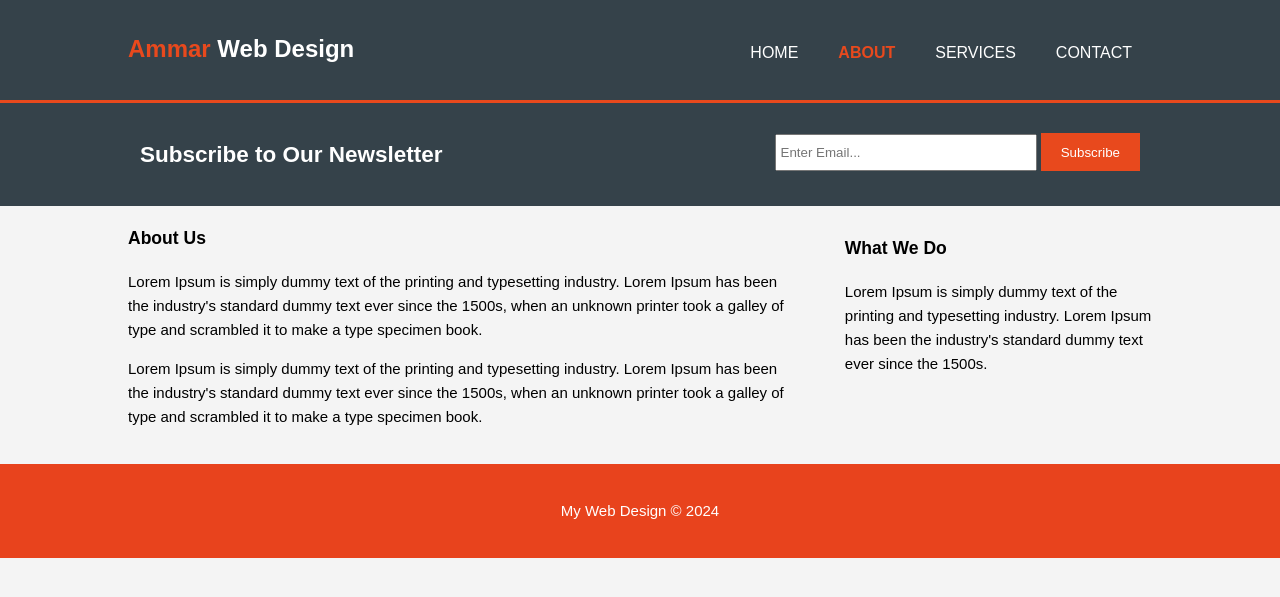
Repository: aobeid1979/html-website
Page: about.html
An editor plug-in stored every save of this project. The page is shown before and after the next save, followed by the edit.
The browser window is 1280 px wide. The pictures show the whole page.

Above is the page before, as saved 2024-05-04 06:11:10.

### about.html
<!DOCTYPE html>
<html lang="en">
<head>
    <meta charset="UTF-8">
    <meta name="viewport" content="width=device-width, initial-scale=1.0">
    <meta name="description" content="Responsive Website using HTML CSS and JavaScript">
    <meta name="keywords" content="HTML, CSS, JavaScript">
    <meta name="author" content="Ammar Obeid">
    <title>Resopnsiv Website | About</title>
    <link rel="stylesheet" href="./css/style.css">
</head>
<body>
    <header>
        <div class="container">
            <div id="brandinig">
                <h1><span class="highlight">Ammar</span> Web Design</h1>

            </div>
            <nav>
                <ul>
                    <li ><a href="index.html">Home</a></li>
                    <li class="current"><a href="about.html">About</a></li>
                    <li><a href="services.html">Services</a></li>
                    <li><a href="contact.html">Contact</a></li>
                </ul>
        </div>

    </header>



    <section id="newsletter">
        <div class="container">
            <h1>Subscribe to Our Newsletter</h1>
            <form>
                <input type="email" placeholder="Enter Email...">
                <button type="submit" class="button_1">Subscribe</button>
            </form>
        </div>
    </section>

    <section id="main">
        <div class="container">
            <article id="main-col">
                <h1 class="page-title">About Us</h1>
                <p>Lorem Ipsum is simply dummy text of the printing and typesetting industry. Lorem Ipsum has been the industry's standard dummy text ever since the 1500s, when an unknown printer took a galley of type and scrambled it to make a type specimen book.</p>
                <p>Lorem Ipsum is simply dummy text of the printing and typesetting industry. Lorem Ipsum has been the industry's standard dummy text ever since the 1500s, when an unknown printer took a galley of type and scrambled it to make a type specimen book.</p>
            </article>

            <aside id="sidebar">
                <div class="dark">
                    <h3>What We Do</h3>
                    <p>Lorem Ipsum is simply dummy text of the printing and typesetting industry. Lorem Ipsum has been the industry's standard dummy text ever since the 1500s.</p>
                </div>
            </aside>
        </div>
    </section>

    <footer>
        <p>My Web Design &copy; 2024</p>
    </footer>

</body>
</html>

### css/style.css
body{
    font: 15px/1.6 Arial, Helvetica,sans-serif;
    padding: 0;
    margin: 0;
    background-color: #f4f4f4;
}

.container{
    width: 80%;
    margin: auto;
    overflow: hidden;
}

header{
    background: #35424a;
    color: #ffffff;
    padding-top: 30px;
    min-height: 70px;
    border-bottom: #e8491d 3px solid;
}

header h1{
    margin: 0;
    padding: 0;
    font-size: 24px;
    font-weight: bold;
}

header a{
    color: #ffffff;
    text-decoration: none;
    text-transform: uppercase;
    font-size: 16px;
}

header ul{
    margin: 0;
    padding: 0;
}

header li{
    float: left;
    display: inline;
    padding: 0 20px 0 20px;
}

header #brandinig{
    float: left;
}

header #brandinig h1{
    margin: 0;
}

header nav{
    float: right;
    margin-top: 10px;
}

header .highlight, header .current a {
    color: #e8491d;
    font-weight: bold;
}

header a:hover{
    color: #cccccc;
    font-weight: bold;
}

#showcase{
    background:url('../img/showcase.jpg') no-repeat center center;
    background-position: center -400;
    background-size: cover;
    min-height: 400px;
    text-align: center;
    color: #1b1a20;
}

#showcase h1{
    margin-top: 100px;
    font-size: 55px;
    margin-bottom: 10px;
    -webkit-text-stroke: 1px #e8491d;
}

#showcase p{
    font-size: 30px;
    -webkit-text-fill-color: blue;

}

#showcase p:hover{
    -webkit-text-stroke: 1px #e8491d;
}

#newsletter{
    padding: 15px;
    color: #ffffff;
    background: #35424a;
    text-align: center;
}

#newsletter h1{
    float: left;
}

#newsletter form{
    float: right;
    margin-top: 15px;
}

#newsletter input[type="email"]{
    padding: 4px;
    height: 25px;
    width: 250px;
}

#newsletter button{
    height: 38px;
    background: #e8491d;
    color: #ffffff;
    border: none;
    padding: 0 20px 0 20px;
}

#newsletter button:hover{
    background: #cccccc;
    color: #1b1a20;
}

#boxes{
    margin-top: 20px;
}

#boxes .box{
    float: left;
    text-align: center;
    width: 30%;
    padding: 10px;
}


#boxes .box img{
    width: 90px;
}

footer{
    background-color: #e8431d;
    color: #ffffff;
    text-align: center;
    padding: 20px;
    margin-top: 20px;
}

aside#sidebar{
    float: right;
    width: 30%;
    margin-top: 10px;
}

article#main-col{
    float: left;
    width: 65%;
}

.dark

After the next save:
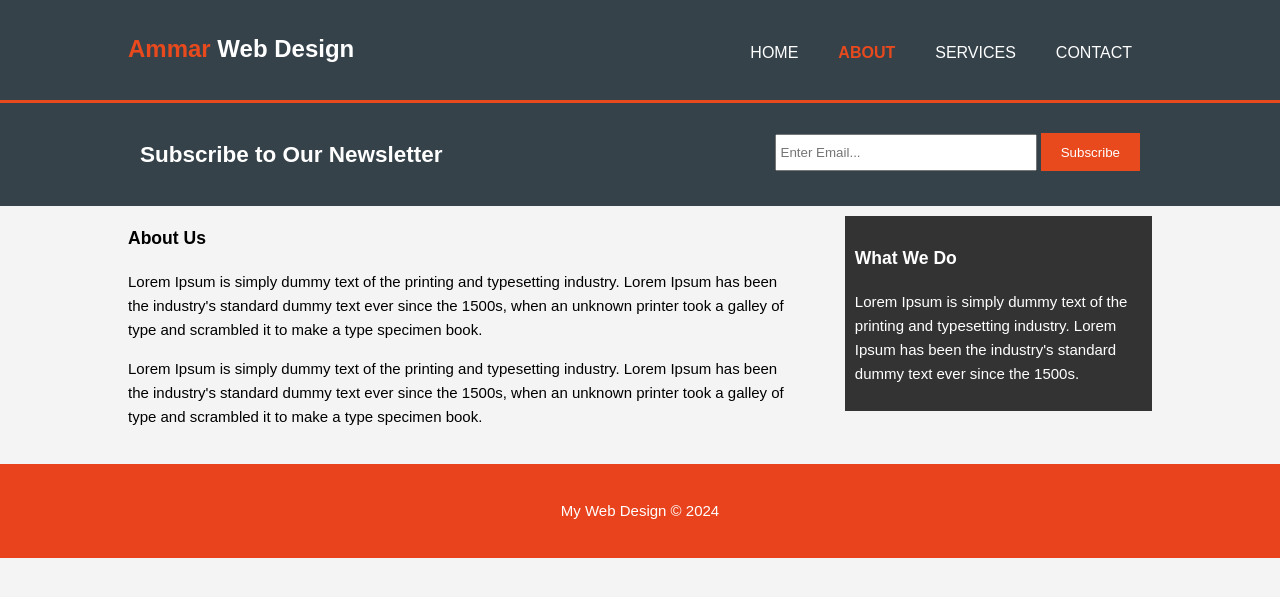
Saved 5 s later.
--- a/css/style.css
+++ b/css/style.css
@@ -163,4 +163,8 @@
     width: 65%;
 }
 
-.dark
+.dark{
+    background-color: #333;
+    color: #ffffff;
+    padding: 10px;
+}
